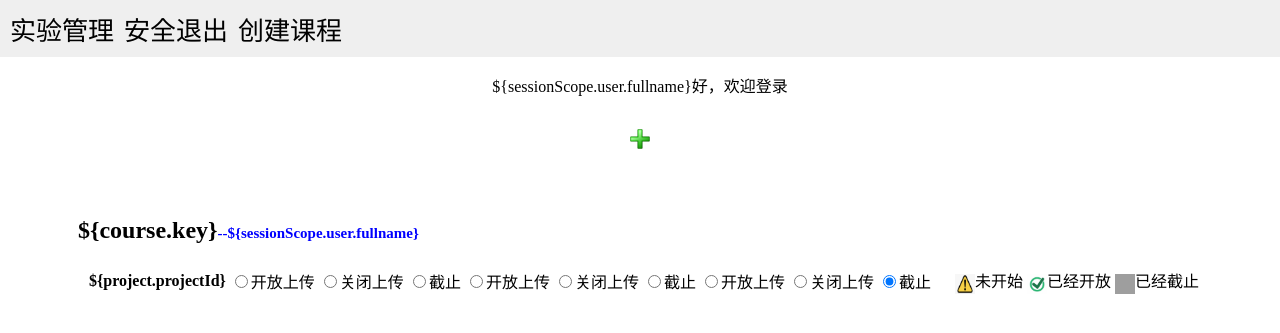
Repository: IAmJiangWenHao/ReportServer
Page: web/demo.html
An editor plug-in stored every save of this project. The page is shown before and after the next save, followed by the edit.
The browser window is 1280 px wide. The pictures show the whole page.
Pictures or frames that could not be fetched are drawn as grey boxes.

Above is the page before, as saved 2023-05-19 18:01:25.
Console error: ReferenceError: requests is not defined

After the next save:
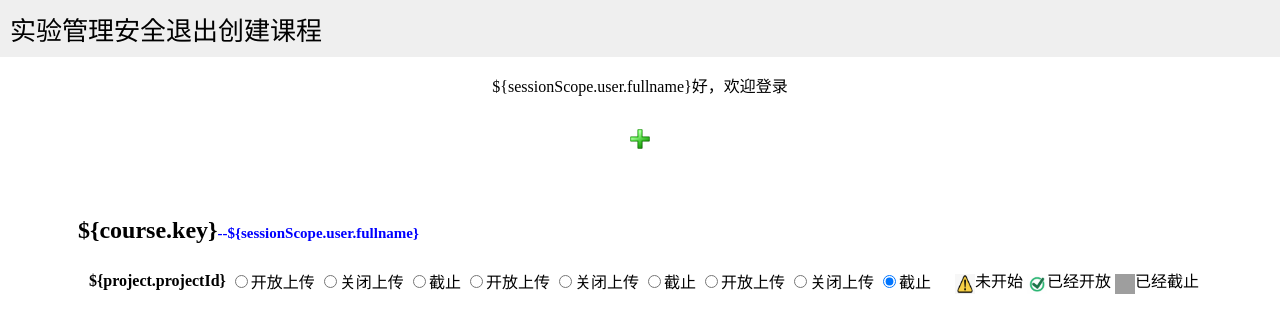
Saved 58 s later.
--- a/web/demo.html
+++ b/web/demo.html
@@ -199,9 +199,10 @@
        };
     </script>
     <div >
-      <div style="display:flex;font-size: 26px;padding: 10px; background-color: buttonface;"><div style="margin-right: 10px;" color="black"> 实验管理</div>
-        <div style="margin-right: 10px;"><a style="color: black;text-decoration:none;" href="exit.jsp">安全退出</a></div>
-        <div style="margin-right: 10px;" onclick="createCourse()">创建课程</div></div>
+      <div style="display:flex;font-size: 26px;padding: 10px; background-color: buttonface;">
+        <div class="topbaritem" color="black"> 实验管理</div>
+        <div class="topbaritem"><a style="color: black;text-decoration:none;" href="exit.jsp">安全退出</a></div>
+        <div class="topbaritem" onclick="createCourse()">创建课程</div></div>
 <div style="display: flex;flex-direction:column;align-items:center">
   <p>${sessionScope.user.fullname}好，欢迎登录</p>
   <p>

After the save that followed:
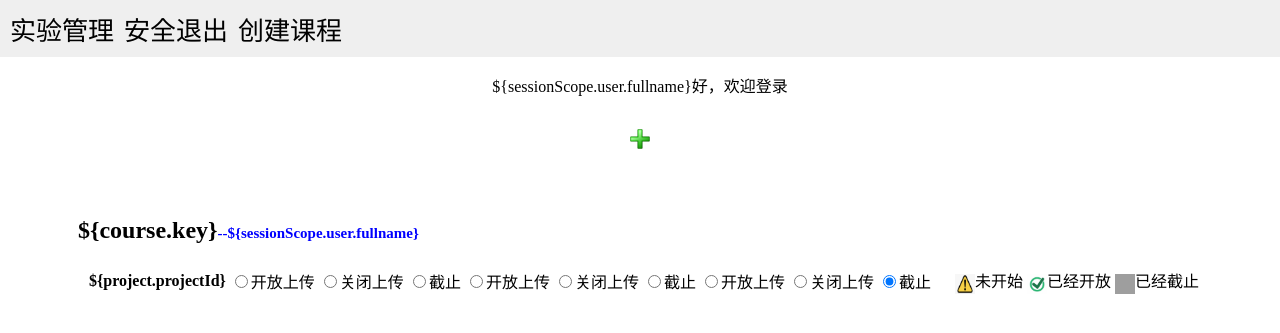
Saved 60 s later.
--- a/web/demo.html
+++ b/web/demo.html
@@ -28,6 +28,12 @@
   </head>
 
   <body style="margin: 0;">
+    <style>
+      .topbar-item{
+        margin-right: 10px;
+
+      }
+    </style>
     <!-- ${mytag:LoadCourseProject(pageContext.request,pageContext.response)} -->
     <script>
 
@@ -200,9 +206,9 @@
     </script>
     <div >
       <div style="display:flex;font-size: 26px;padding: 10px; background-color: buttonface;">
-        <div class="topbaritem" color="black"> 实验管理</div>
-        <div class="topbaritem"><a style="color: black;text-decoration:none;" href="exit.jsp">安全退出</a></div>
-        <div class="topbaritem" onclick="createCourse()">创建课程</div></div>
+        <div class="topbar-item" color="black"> 实验管理</div>
+        <div class="topbar-item"><a style="color: black;text-decoration:none;" href="exit.jsp">安全退出</a></div>
+        <div class="topbar-item" onclick="createCourse()">创建课程</div></div>
 <div style="display: flex;flex-direction:column;align-items:center">
   <p>${sessionScope.user.fullname}好，欢迎登录</p>
   <p>
